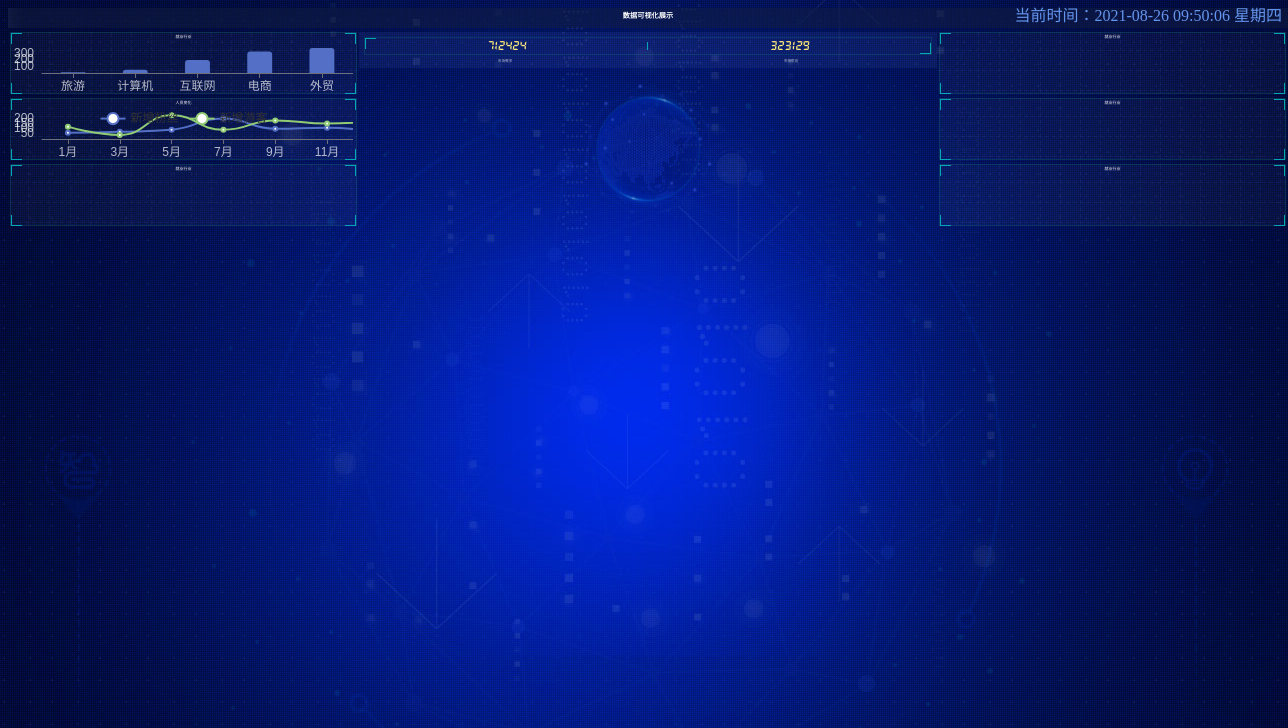
Repository: jiang-1990/DataVM
Page: /
The author's editor kept a copy of each file at every save. The page is drawn from the files as they stood at one save, then again after the next save.
The browser window is 1280 px wide. The page is 1288 px wide, so the pictures cover 1288 px, including what lies to the right of the window. The pictures show the whole page.
The project was rebuilt for these pictures with package versions that can differ from the ones it lists, and the page was loaded fresh each time.

Above is the page before, as saved 2021-08-27 13:42:11.

After the next save:
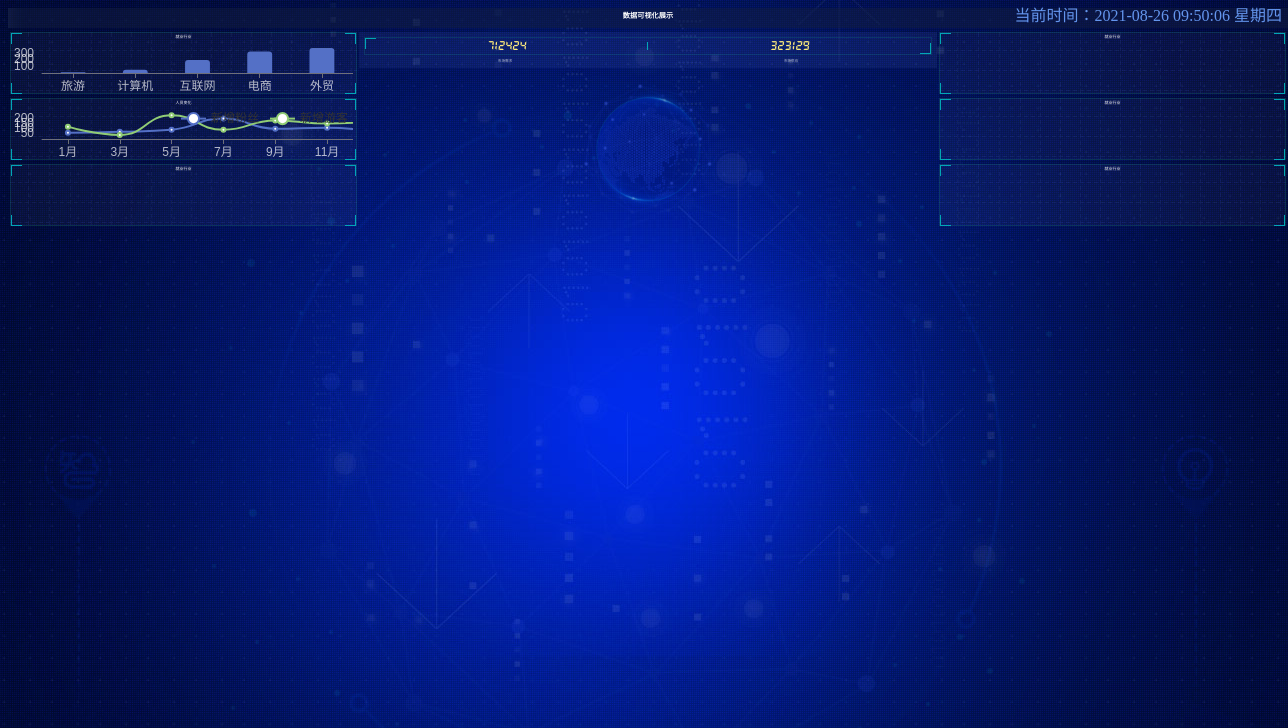
Saved 4 min 14 s later.
--- a/src/components/bigScreen.vue
+++ b/src/components/bigScreen.vue
@@ -191,6 +191,7 @@ export default {
         },
         legend: {
           data: ["新增粉丝", "新增游客"],
+          right:0,
         },
         grid: {
           left: "0%",
